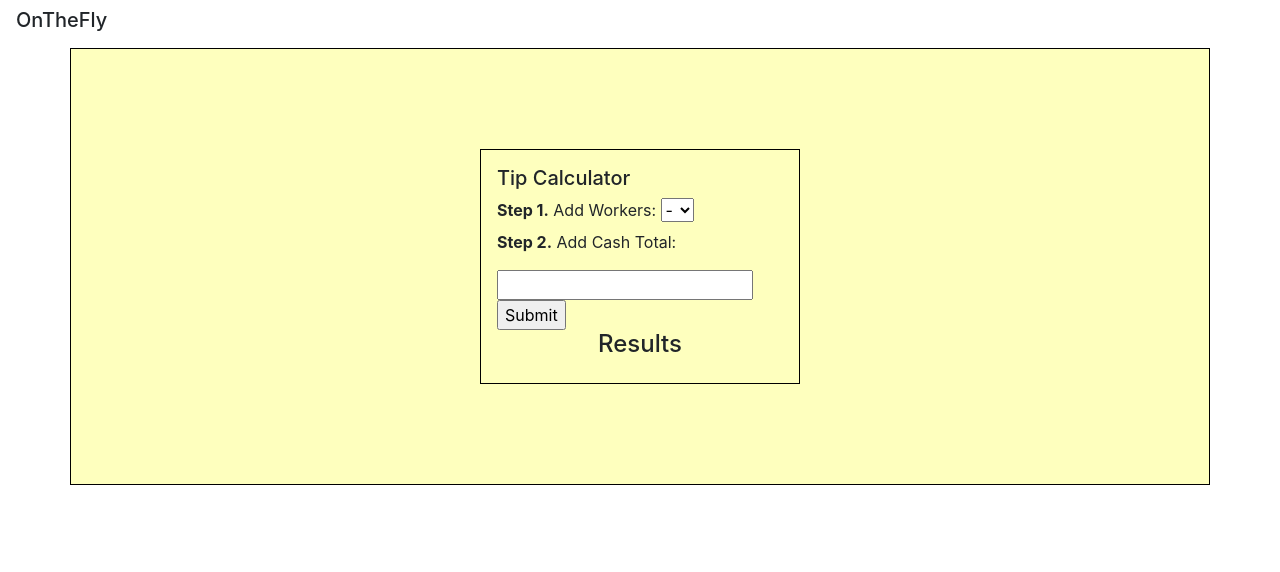
Repository: PBillingsby/on-the-fly
Page: on-the-fly-frontend/index.html
The author's editor kept a copy of each file at every save. The page is drawn from the files as they stood at one save, then again after the next save.
The browser window is 1280 px wide. The pictures show the whole page.

Above is the page before, as saved 2020-07-13 16:27:30.

### on-the-fly-frontend/index.html
<!DOCTYPE html>
<html lang="en">
<head>
  <meta charset="UTF-8">
  <meta name="viewport" content="width=device-width, initial-scale=1.0">
  <meta http-equiv="X-UA-Compatible" content="ie=edge">
  <link rel="stylesheet" href="https://stackpath.bootstrapcdn.com/bootstrap/4.3.1/css/bootstrap.min.css" integrity="sha384-ggOyR0iXCbMQv3Xipma34MD+dH/1fQ784/j6cY/iJTQUOhcWr7x9JvoRxT2MZw1T" crossorigin="anonymous">
  <link rel="stylesheet" href="css/style.css">
  <script src="scripts/tipScript.js"></script>
  <title>Document</title>
</head>
<body>
  <header class="navbar navbar-light">
    <h5>OnTheFly</h5>
    <div class="collapse navbar-collapse" id="navbarSupportedContent">
      <ul class="navbar-nav mr-auto">
        <li class="nav-item-active">
          <a href="#login" class="nav-link">Log In</a>
        </li>
        <li class="nav-item-active">
          <a href="#signup" class="nav-link">Sign Up</a>
        </li>
      </ul>
    </div>
  </header>
  <div class="container">
    <div class="tip-calculator mx-auto">
        <div id="worker-form" class="mx-auto">
          <h5>Tip Calculator</h5>
          <label><strong>Step 1.</strong> Add Workers:</label>
          <select name="worker" id="addworker" onchange="addWorker(value)">
            <option value="-" disable>-</option>
            <option value="1">1</option>
            <option value="2">2</option>
            <option value="3">3</option>
            <option value="4">4</option>
            <option value="5">5</option>

          </select>

          <form id="form-block">
          </form>
          <p><strong>Step 2.</strong> Add Cash Total:</p><input type="number" placeholder="" id="cashTips"></span>
          <input type="submit" placeholder="Add Cash" onclick="calculateTips()">

        </div>
        <div id="results" class="mx-auto">
          <h4 class="text-center">Results</h4>
        </div>
      </div>
  </div>

</body>
</html>

### on-the-fly-frontend/css/style.css
.container {
  background-color: rgb(254, 255, 190);
  border: 1px solid black;
  padding: 100px;
}

.tip-calculator {
  padding: 1rem;
  width: 25vw;
  border: 1px solid black;
}
@media(max-width: 640px) {
  .container {
    width: 75%;
    display: block;
    text-align: center;
    padding: 25px;
  }
  #worker-form {
    padding: 10px;
  }
}

### on-the-fly-frontend/scripts/tipScript.js
function addWorker(value) {
  const form = document.getElementById('form-block');
  form.addEventListener("submit", () => {
    event.preventDefault();
  })
  for (i = 0; i < value; i++) {
    const newForm = `
  <div id="worker[${i + 1}]" class="worker-div">
    <h4>Worker ${i + 1}</h4>
    <div class="form-group">
      <input type="text" name="worker" class="" placeholder="Worker Name">
    </div>
    <div class="form-group">
      <input type="number" name="hours" placeholder="Hours Worked">
    </div>
  </div>`;
    document.getElementById('form-block').innerHTML += newForm;
  }
  if (document.getElementById('form-block').childNodeCount > 0) {
      event.preventDefault();
      }
}

function calculateTips() {
  let workers = [];
  let cashTip = parseInt(document.getElementById('cashTips').value)
  for (let i = 0; i < document.getElementsByClassName('worker-div').length; i++) {
    let workerInfo = {
      name: document.getElementById(`worker[${i + 1}]`).querySelector('input').value,
      hours: parseInt(document.getElementById(`worker[${i + 1}]`).querySelectorAll('input')[1].value) // Multiply by hourly
    }
    workers.push(workerInfo)
  }
  returnTips(workers, cashTip);
}

function returnTips(arr, cashTips) {
  let count = 0;
  arr.forEach(obj => count += obj.hours)
  const hourly = cashTips / count;
  arr.forEach(worker => {
    document.getElementById('results').innerHTML = `<h4>${worker.name} you made $${parseFloat(worker.hours * hourly).toFixed(2)}</h4>`;
  })
  document.getElementById('results').innerHTML += ` <button type="submit" onclick="refreshPage()">Reload</button>`
}

function refreshPage() {
  window.location.href = window.location.href
}

After the next save:
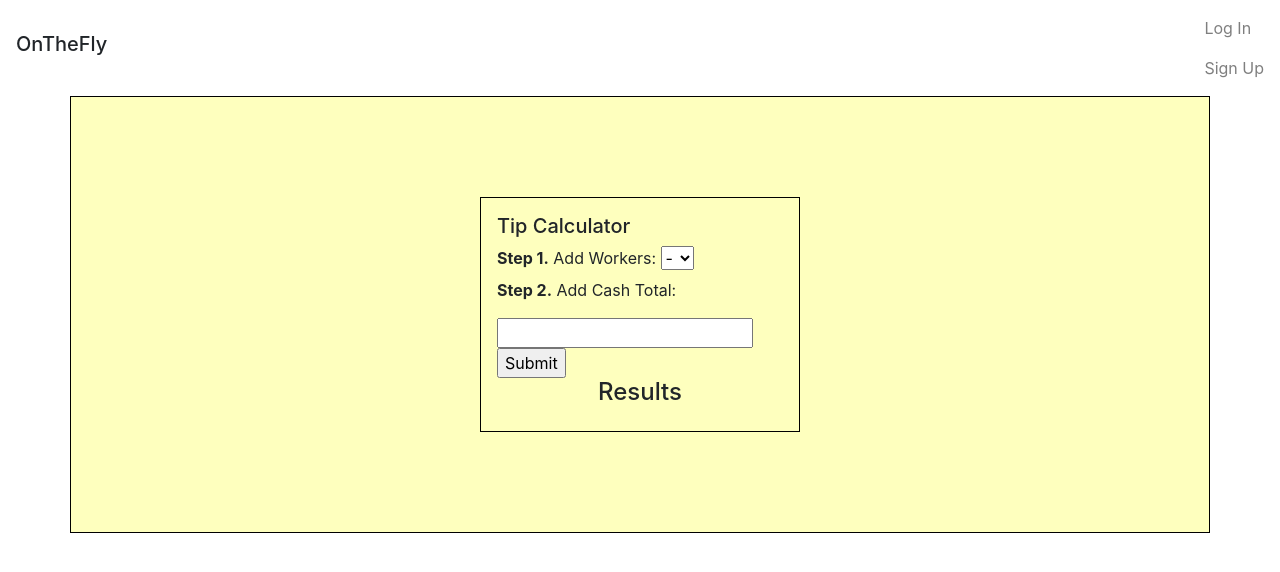
Saved 13 s later.
--- a/on-the-fly-frontend/index.html
+++ b/on-the-fly-frontend/index.html
@@ -12,7 +12,7 @@
 <body>
   <header class="navbar navbar-light">
     <h5>OnTheFly</h5>
-    <div class="collapse navbar-collapse" id="navbarSupportedContent">
+    <div class="" id="navbarSupportedContent">
       <ul class="navbar-nav mr-auto">
         <li class="nav-item-active">
           <a href="#login" class="nav-link">Log In</a>
